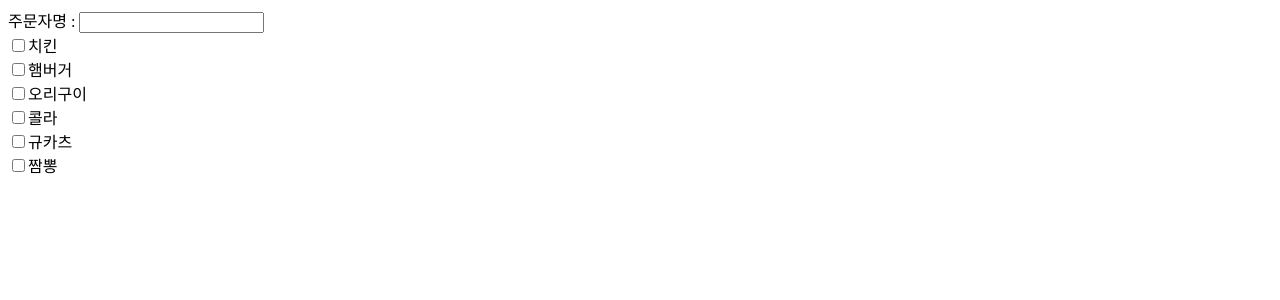
Repository: leechanggyu1118/JSTL_JAVA-WEB_-
Page: http://localhost/jstl_study/step-6.jsp
An editor plug-in stored every save of this project. The page is shown before and after the next save, followed by the edit.
The browser window is 1280 px wide. The pictures show the whole page.
The page is served by Tomcat 9. Other server files are loaded and not shown.

Above is the page before, as saved 2024-04-11 04:18:14.

### jstl_study/src/main/webapp/step-6.jsp
<%@ page language="java" contentType="text/html; charset=UTF-8"
    pageEncoding="UTF-8"%>
<!DOCTYPE html>
<html>
<head>
<meta charset="UTF-8">
<title>Insert title here</title>
</head>
<body>
	<!-- 메뉴판을 체크박스 형태로 만들어서 step-7.jsp로 전송  -->
	<!-- step-7.jsp에서 주문자명 어떤 메뉴를 주문했는지 출력  -->
	<form action="step-7.jsp">
		주문자명 : <input type="text" name="customer"> <br>
		<input type="checkbox" name="menu" value="치킨">치킨 <br>
		<input type="checkbox" name="menu" value="햄버거">햄버거 <br>
		<input type="checkbox" name="menu" value="오리구이">오리구이 <br>
		<input type="checkbox" name="menu" value="콜라">콜라 <br>
		<input type="checkbox" name="menu" value="규카츠">규카츠 <br>
		<input type="checkbox" name="menu" value="짬뽕">짬뽕 <br>
	</form>
</body>
</html>

After the next save:
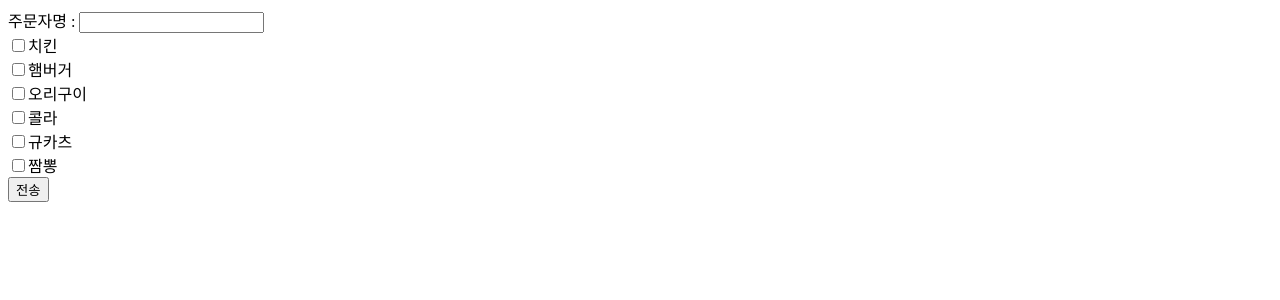
Saved 42 s later.
--- a/jstl_study/src/main/webapp/step-6.jsp
+++ b/jstl_study/src/main/webapp/step-6.jsp
@@ -17,6 +17,7 @@
 		<input type="checkbox" name="menu" value="콜라">콜라 <br>
 		<input type="checkbox" name="menu" value="규카츠">규카츠 <br>
 		<input type="checkbox" name="menu" value="짬뽕">짬뽕 <br>
+		<button type="button">전송</button>
 	</form>
 </body>
 </html>
